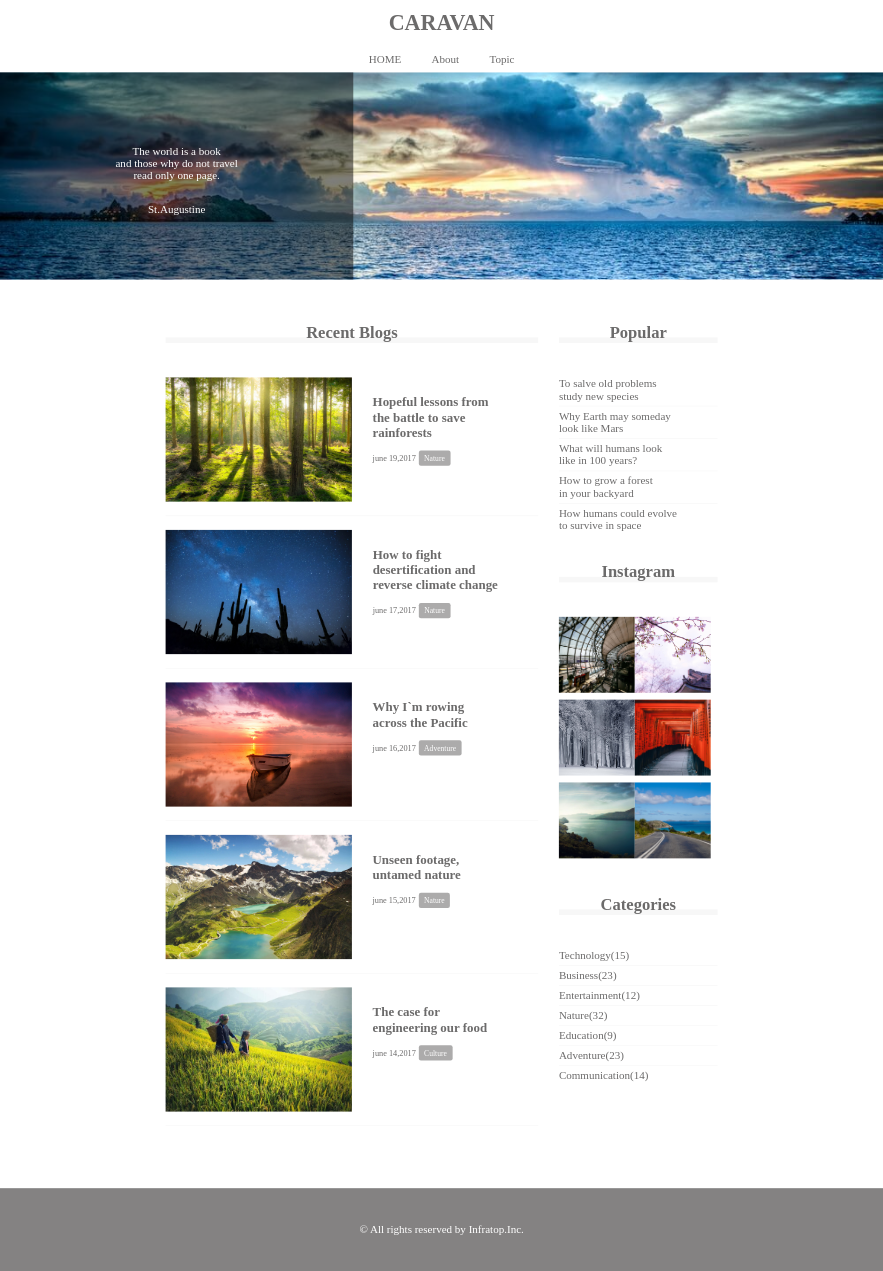
Repository: TACAMP/caravan
Page: caravan/index.html
The author's editor kept a record of every edit. The page is drawn from the files as they stood at one moment, then again after the next edit.
The browser window is 1280 px wide. The pictures show the whole page, at 69% of full size.

Above is the page before.

After the next edit:
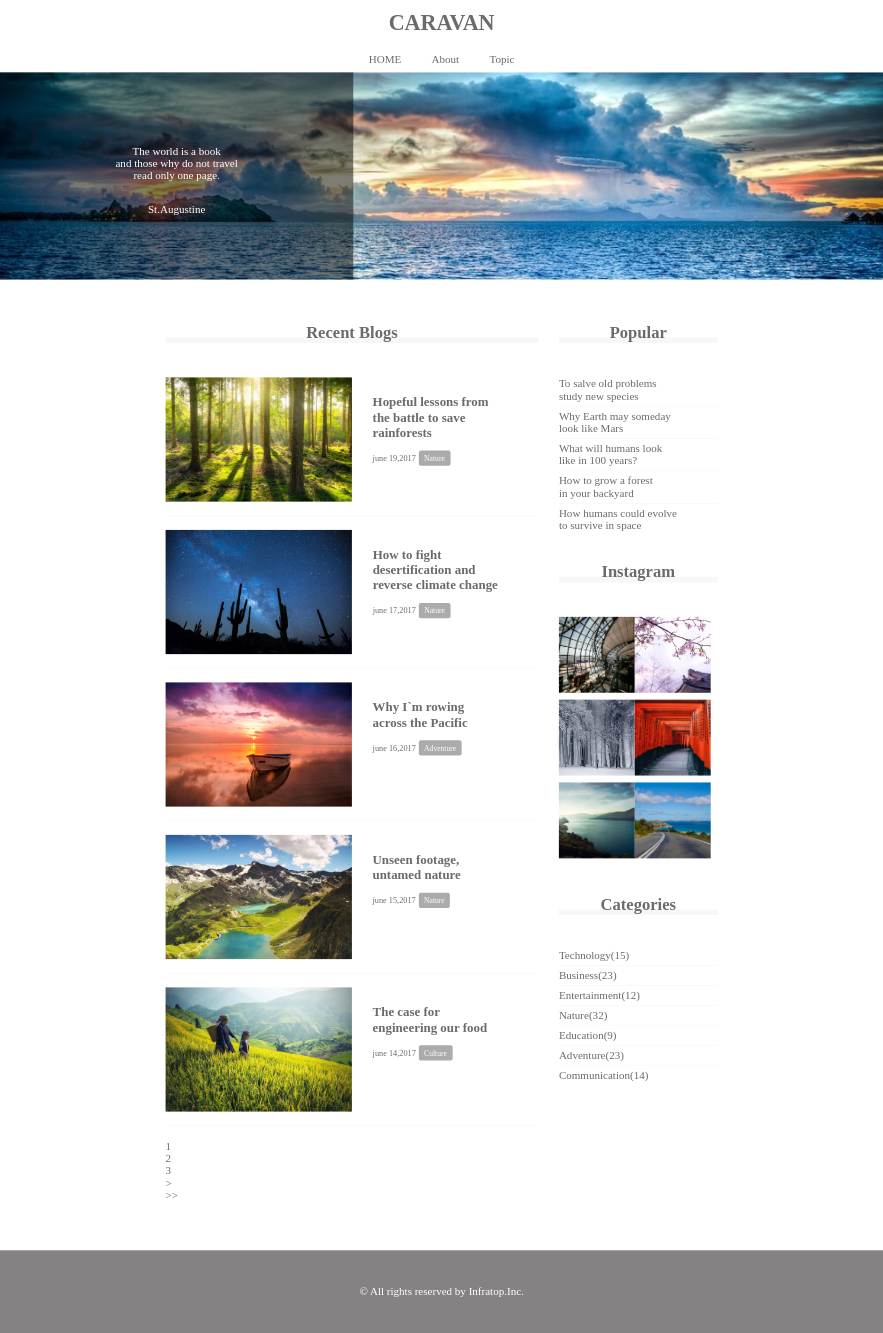
The edit:
--- a/caravan/index.html
+++ b/caravan/index.html
@@ -110,6 +110,13 @@
           </section>
         </div>
        </div>
+       <div class="pagination">
+         <p>1</p>
+         <p>2</p>
+         <p>3</p>
+         <p>></p>
+         <p>>></p>
+       </div>
       </section>
       <div class="sidebar">
         <section class="popular">
